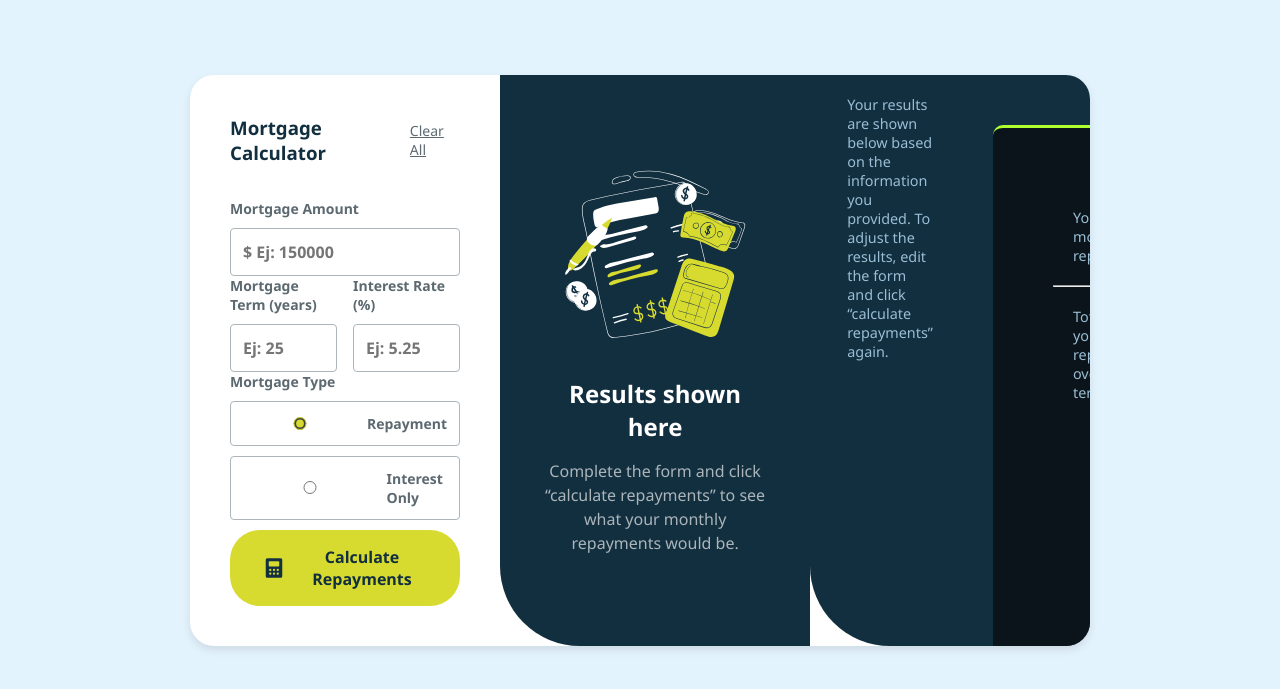
Repository: GravielPV/Mortgage-repayment-calculator
Page: index.html
These files come from the project's save history. The page is drawn as it stood at one moment and after the next save; the edit follows.
The browser window is 1280 px wide. The pictures show the whole page.

Above is the page before, as saved 2025-12-14 15:18:43.

After the next save:
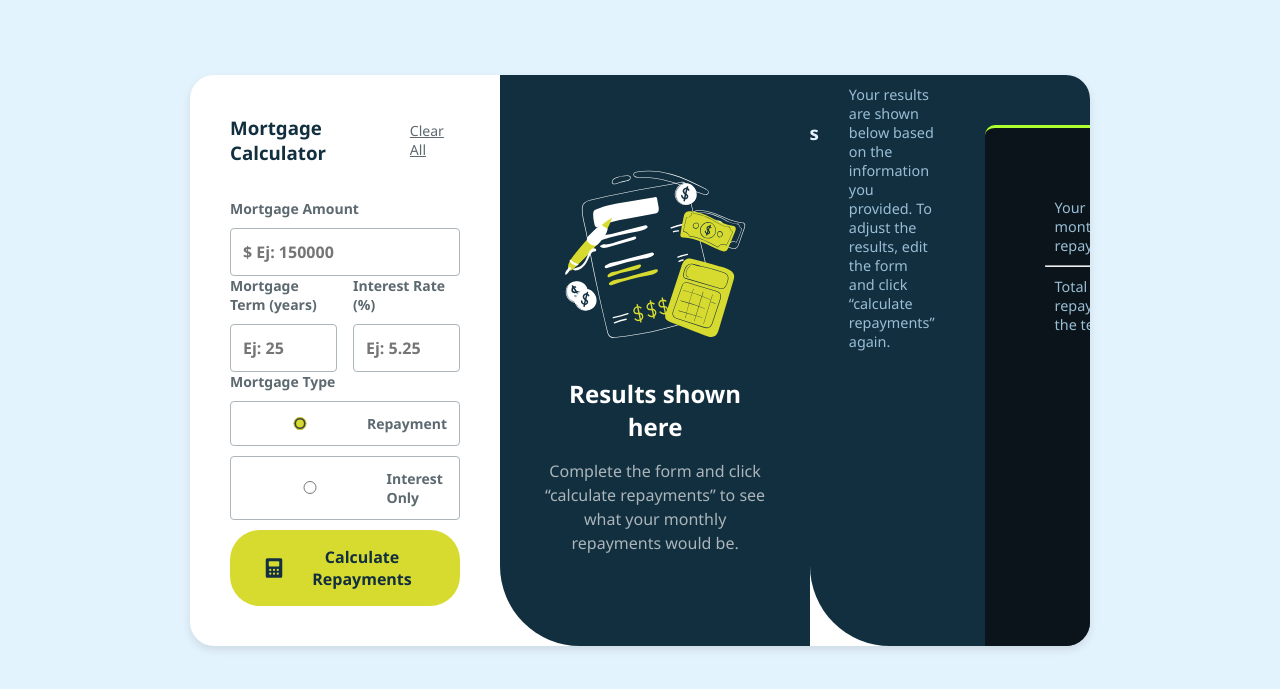
Saved 4 s later.
--- a/styles.css
+++ b/styles.css
@@ -213,7 +213,7 @@ button:hover {
     color: hsl(203, 41%, 72%);
     text-align: start;
     font-size: 0.90em;
-    padding: 20px;
+    padding: 10px;
 }
 
 .resultado h3{
